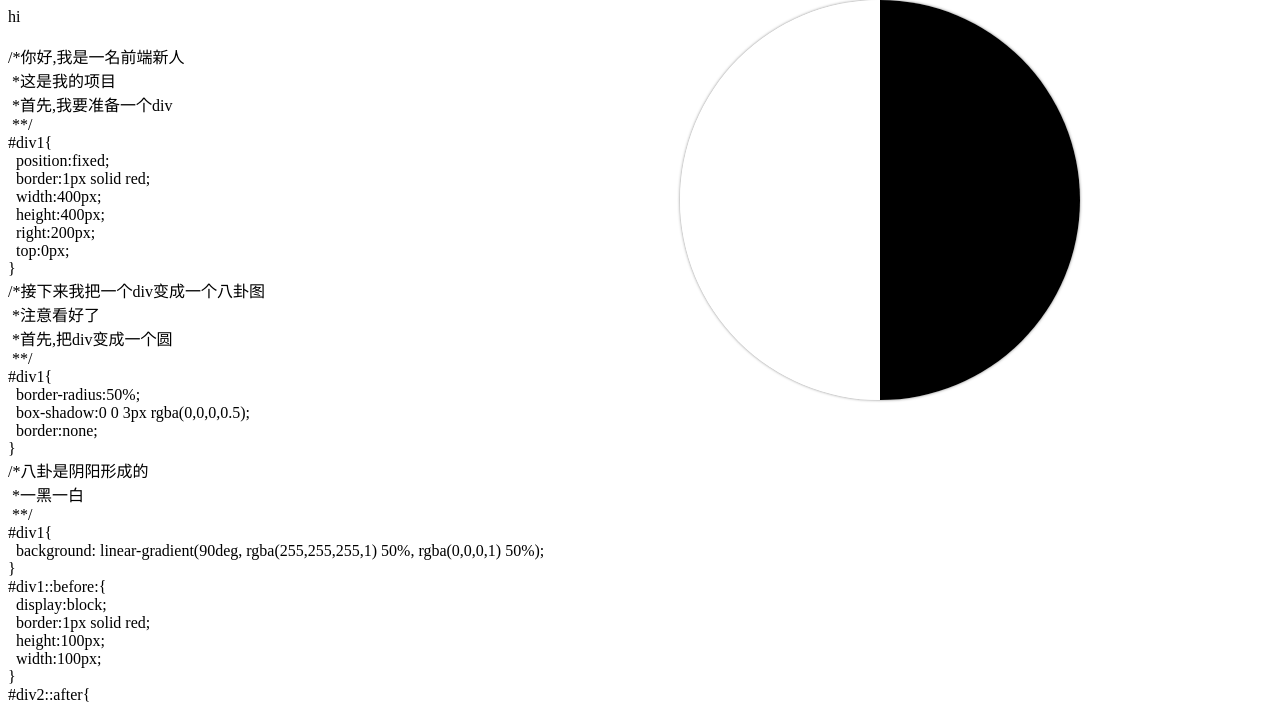
Repository: chenguocan/JS_cv
Page: index.html
An editor plug-in stored every save of this project. The page is shown before and after the next save, followed by the edit.
The browser window is 1280 px wide. The pictures show the whole page.

Above is the page before, as saved 2020-07-29 15:35:10.

After the next save:
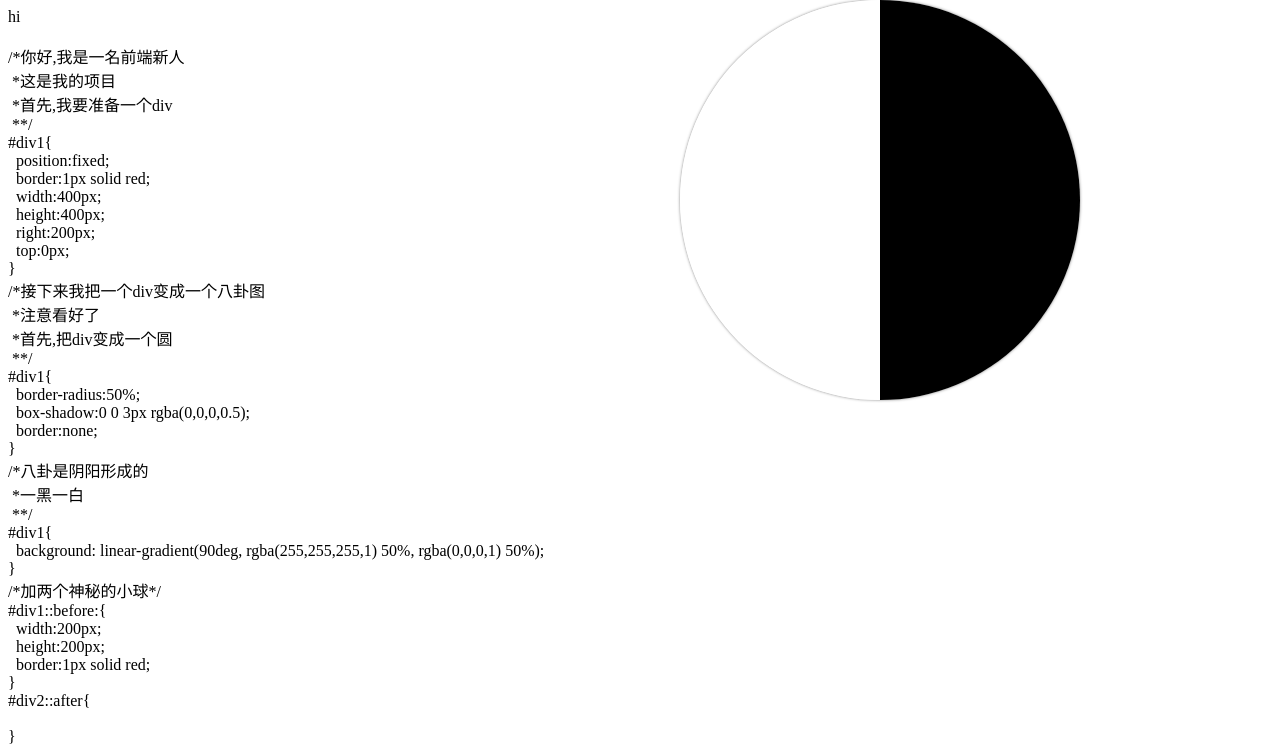
Saved 109 s later.
--- a/main.js
+++ b/main.js
@@ -30,11 +30,11 @@
 #div1{
   background: linear-gradient(90deg, rgba(255,255,255,1) 50%, rgba(0,0,0,1) 50%);
 }
+/*加两个神秘的小球*/
 #div1::before:{
-  display:block;
+  width:200px;
+  height:200px;
   border:1px solid red;
-  height:100px;
-  width:100px;
 }
 #div2::after{
 
